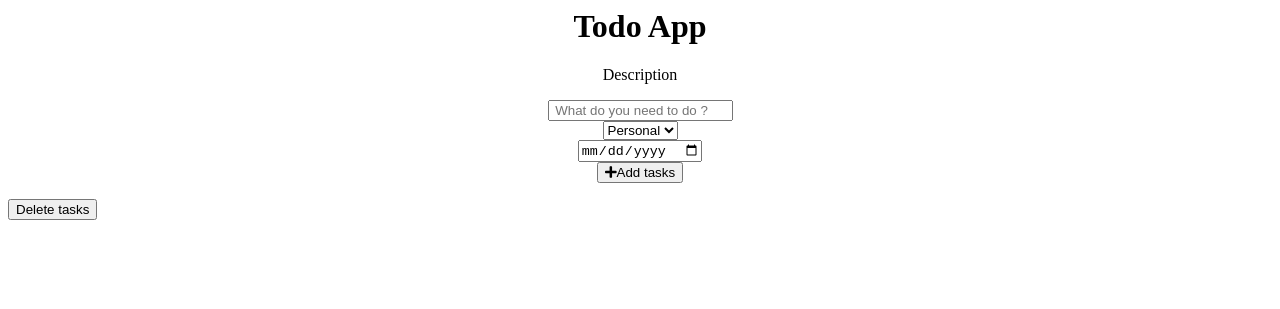
Repository: Sayan-100/Todo-List
Page: http://localhost/
An editor plug-in stored every save of this project. The page is shown before and after the next save, followed by the edit.
The browser window is 1280 px wide. The pictures show the whole page.
Some web libraries are served in a nearby version. The page is served by the project's Node server (index.js). Other server files are loaded and not shown. Queries for data that is not in the repository find no rows.

Above is the page before, as saved 2021-12-29 18:33:56.
Not found: js/home.js

### views/home.ejs
<html>

<head>
    <title>
        <%= title %>
    </title>

    <link rel="stylesheet" href="/css/style.css">
    <link rel="stylesheet" href="https://use.fontawesome.com/releases/v5.5.0/css/all.css" integrity="sha384-B4dIYHKNBt8Bc12p+WXckhzcICo0wtJAoU8YZTY5qE0Id1GSseTk6S+L3BlXeVIU" crossorigin="anonymous">

</head>

<body>

    <div class="container">
        <h1> Todo App </h1>
        <form id="create-todo" action="/create_todo" method="POST">
            <div class="description">
                <p>Description</p>
                <input type="text" name="Description" placeholder=" What do you need to do ?" required>
            </div>

            <div class="options">

                <div class="cat">
                    <select name="Category" required>
                <option>Personal</option>
                <option>Work</option>
                <option>Cleaning</option>
                <option>School</option>
                <option> others</option>
                </select>
                </div>
                <input type="date" id="birthday " name="DueDate">
            </div>
            <button type="submit" form="create-todo"><i class="fas fa-plus"></i>Add tasks</button>

        </form>


        <button type="submit" form="delete-form">Delete tasks</button>

        <!-- form attribute is used to link the button with the form  by specifying the id -->

        <form id="delete-form" action="/delete-todo" method="POST">
            <ul>
                <% for(let i of todo_list) {%>
                    <li class="todo">
                        <input type="checkbox" name="<%=i._id%>" value="">
                        <!-- name attribute is used to take id of selected to do list from the from tag to the controller-->
                        <div class="details">
                            <p>
                                <%= i.Description %>
                            </p>
                            <p>
                                <button><%= i.Category %></button>
                            </p>

                            <p>

                                <%= i.DueDate  %>
                            </p>
                        </div>
                    </li>
                    <% } %>
            </ul>

        </form>
    </div>



    <script type="text/javascript" src="/js/home.js">
    </script>

</body>

</html>

### index.js
const express = require('express');
const path = require('path');
const port = 8000;

const db = require('./config/mongoose');
const to_do = require('./models/to-do');

const app = express();

app.set('view engine', 'ejs');
app.set('views', path.join(__dirname, 'views'));

app.use(express.urlencoded());
app.use(express.static('assests'));
app.get('/', function(req, res) {

    //res.send('<h1>cool it is running or is it ?</h1>')
    to_do.find({}, function(err, todos) {
        if (err) {
            console.log('Error in fetching todo from db');
            return;
        }

        return res.render('home', {
            title: "My todo List",
            todo_list: todos
        });
    });

});

app.post('/delete-todo', function(req, res) {
    let id = req.query.id;
    Object.keys(req.body).forEach(function(id) {
        to_do.findByIdAndDelete(id, function(err) {
            if (err) {
                console.log('Error in deleting a object form database');
                return;
            }
        });
        return res.redirect('back');
    })
});

//   to_do.findByIdAndDelete(id, function(err) {
//         if (err) {
//             console.log('Error in deleting a object form database');
//             return;
//         }

//         return res.redirect('back');
//})
app.post('/create_todo', function(req, res) {

    let date = "NO DEADLINE";
    console.log('**********', date);
    if (req.body.DueDate) {
        date = req.body.DueDate;
    }

    to_do.create({
        Description: req.body.Description,
        Category: req.body.Category,
        DueDate: date

    }, function(err, newTodo) {

        if (err) {
            console.log('Error in creating a todo');
            return;
        }

        console.log('**********', newTodo);
        return res.redirect('back');

    });
});


app.listen(port, function(err) {
    if (err) {
        console.log('Error in running server');
    }

    console.log('Yup! my server is running on port', port);
});

### assests/css/style.css
h1 {
    text-align: center;
}

form {
    text-align: center;
}

li {
    list-style: none;
}

input {
    display: inline-block;
}

After the next save:
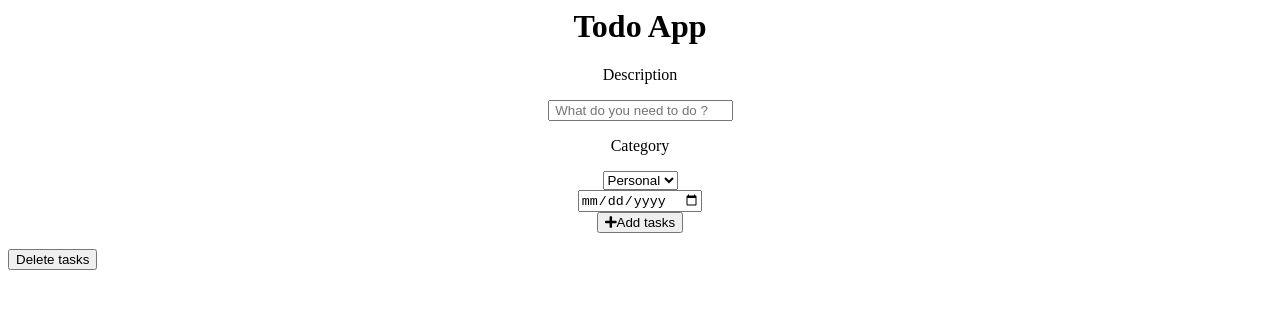
Saved 22 s later.
--- a/views/home.ejs
+++ b/views/home.ejs
@@ -23,13 +23,14 @@
             <div class="options">
 
                 <div class="cat">
+                    <p>Category</p>
                     <select name="Category" required>
-                <option>Personal</option>
-                <option>Work</option>
-                <option>Cleaning</option>
-                <option>School</option>
-                <option> others</option>
-                </select>
+                    <option>Personal</option>
+                    <option>Work</option>
+                    <option>Cleaning</option>
+                    <option>School</option>
+                    <option> others</option>
+                    </select>
                 </div>
                 <input type="date" id="birthday " name="DueDate">
             </div>
